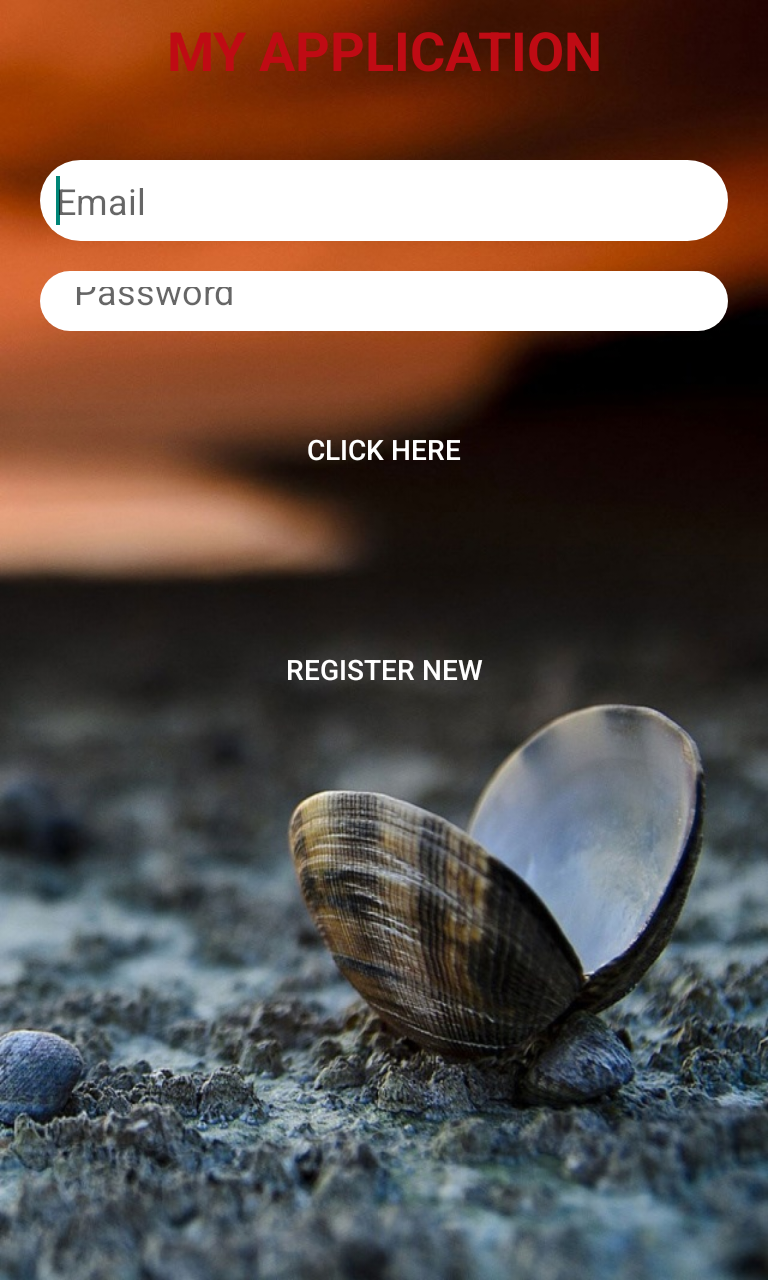
Repository: adarshnair13/message
Layout: myproject/res/layout/adarsh.xml
These files come from the project's save history. The layout is drawn as it stood at one moment and after the next save; the edit follows.
It is drawn on a 768 x 1280 px phone screen (xhdpi) without system bars, with theme AppTheme; the app's code is not run.

Above is the layout before, as saved 2015-04-17 07:21:27.

### myproject/res/layout/adarsh.xml
<?xml version="1.0" encoding="utf-8"?>
<LinearLayout xmlns:android="http://schemas.android.com/apk/res/android"
    android:layout_width="match_parent"
    android:layout_height="match_parent"
    android:background="@drawable/shells"
    android:orientation="vertical" >

    <TextView
        android:id="@+id/textView1"
        android:layout_width="match_parent"
        android:layout_height="50dp"
        android:gravity="center"
        android:text="MY APPLICATION"
        android:textColor="#BF0B14"
        android:textSize="27dp"
        android:textStyle="bold" />

    <EditText
        android:id="@+id/editText1"
        android:layout_width="match_parent"
        android:layout_height="wrap_content"
        android:layout_marginLeft="20dp"
        android:layout_marginRight="20dp"
        android:layout_marginTop="30dp"
        android:background="@drawable/curve"
        android:ems="10"
        android:hint="Email"
        android:inputType="textEmailAddress"
        android:padding="8dp" >

        <requestFocus />
    </EditText>

    <EditText
        android:id="@+id/editText2"
        android:layout_width="match_parent"
        android:layout_height="30dp"
        android:layout_marginLeft="20dp"
        android:layout_marginRight="20dp"
        android:layout_marginTop="15dp"
        android:background="@drawable/curve"
        android:ems="10"
         android:padding="8dp"
        android:hint="  Password"
        android:inputType="textPassword" />

    <Button
        android:id="@+id/button1"
        style="?android:attr/buttonStyleSmall"
        android:layout_width="match_parent"
        android:layout_height="wrap_content"
        android:layout_margin="35dp"
        android:background="#00404040"
        android:onClick="ClickButton"
        android:text="Click Here"
        android:textColor="#ffffff" />

    <Button
        android:id="@+id/button2"
        style="?android:attr/buttonStyleSmall"
        android:layout_width="match_parent"
        android:layout_height="32dp"
        android:layout_margin="35dp"
        android:background="#00ffffff"
        android:onClick="PressButton"
        android:text="Register New"
        android:textColor="#ffffff" />

</LinearLayout>

### myproject/res/drawable/curve.xml
<?xml version="1.0" encoding="utf-8"?>
<shape xmlns:android="http://schemas.android.com/apk/res/android" >

    <solid android:color="#ffffff" />

    <corners android:radius="25dp" />

</shape>

Loaded but not shown: myproject/res/values/styles.xml (common file); myproject/res/values-v11/styles.xml (common file); myproject/res/values-v14/styles.xml (common file)

After the next save:
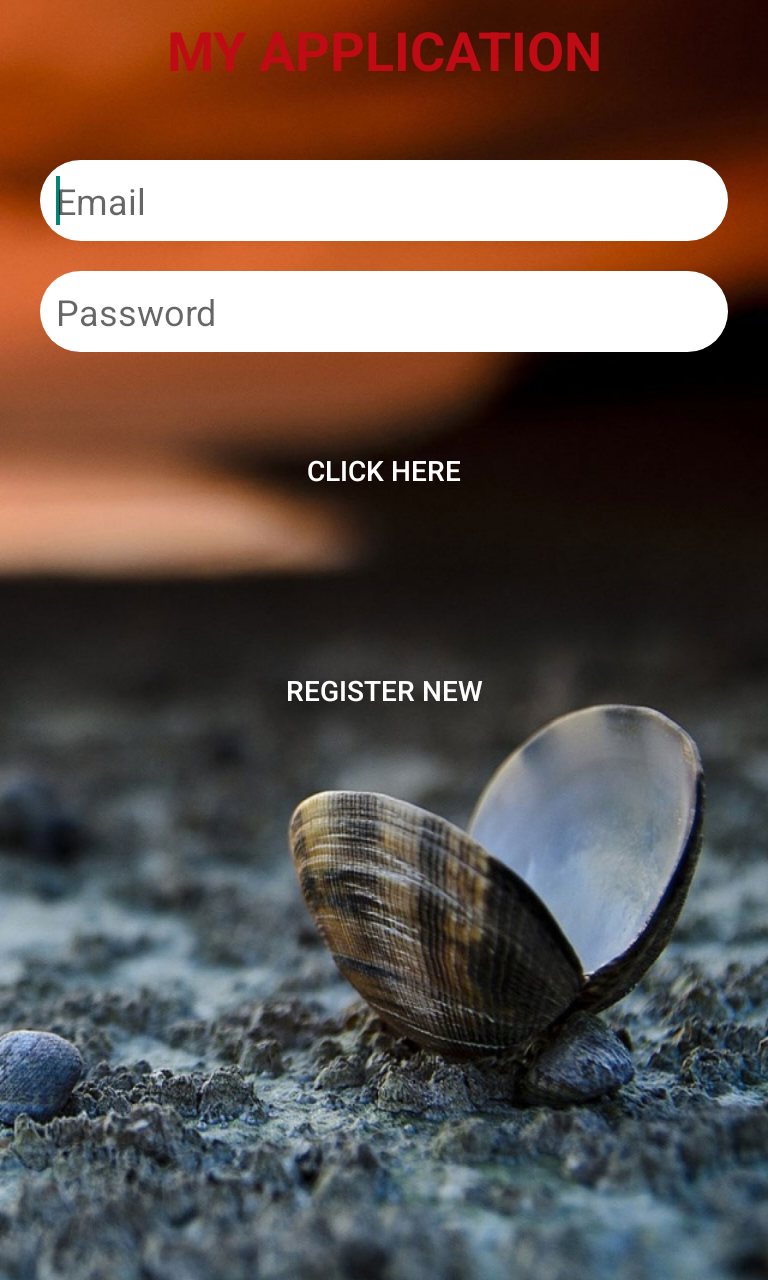
Saved 49 s later.
--- a/myproject/res/layout/adarsh.xml
+++ b/myproject/res/layout/adarsh.xml
@@ -34,14 +34,14 @@
     <EditText
         android:id="@+id/editText2"
         android:layout_width="match_parent"
-        android:layout_height="30dp"
+        android:layout_height="wrap_content"
         android:layout_marginLeft="20dp"
         android:layout_marginRight="20dp"
         android:layout_marginTop="15dp"
         android:background="@drawable/curve"
         android:ems="10"
          android:padding="8dp"
-        android:hint="  Password"
+        android:hint="Password"
         android:inputType="textPassword" />
 
     <Button
